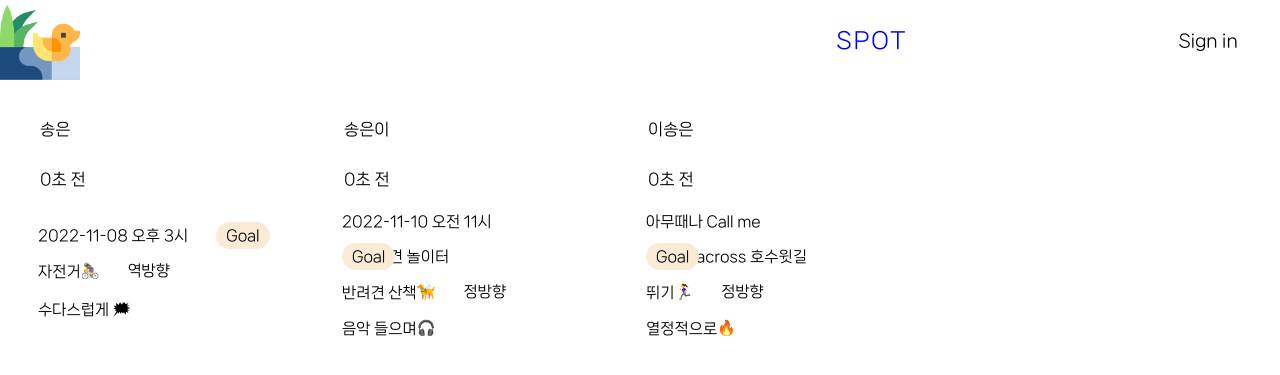
Repository: songeunleee/youngrangho
Page: /
The author's editor kept a copy of each file at every save. The page is drawn from the files as they stood at one save, then again after a run of saves.
The browser window is 1280 px wide. The pictures show the whole page.
Some web libraries are served in a nearby version. The project was rebuilt for these pictures with package versions that can differ from the ones it lists, and the page was loaded fresh each time. Some packages were replaced by stand-ins written for this rebuild. Also part of the build but not shown: src/app.module.css, src/components/activity/activity.module.css, src/components/footer/footer.module.css, src/components/footer/footer.jsx, src/components/home/home.module.css, src/components/home/home.jsx, src/components/add_spot/add_spot.module.css, src/components/add_spot/add_spot.jsx and 6 more.

Above is the page before, as saved 2022-11-08 06:53:31.

After the next 2 saves:
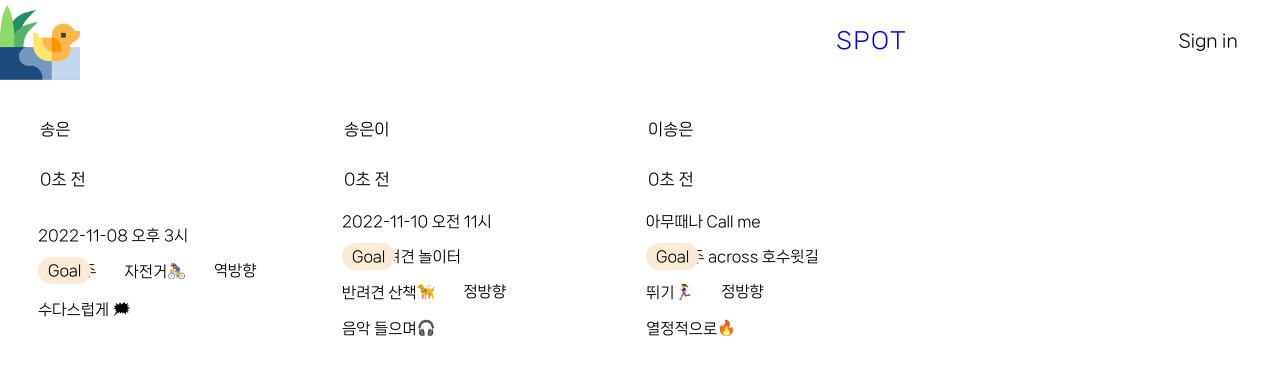
The 2 saves are shown as one change because they came seconds apart.
The last was saved 14 s later.
--- a/src/components/activity_item/activity_item.module.css
+++ b/src/components/activity_item/activity_item.module.css
@@ -55,7 +55,7 @@
 }
 
 .chip.goal::before {
-  content: "\00a0\00a0\00a0\00a0\00a0";
+  content: "　　";
 }
 
 .chop.goal {
